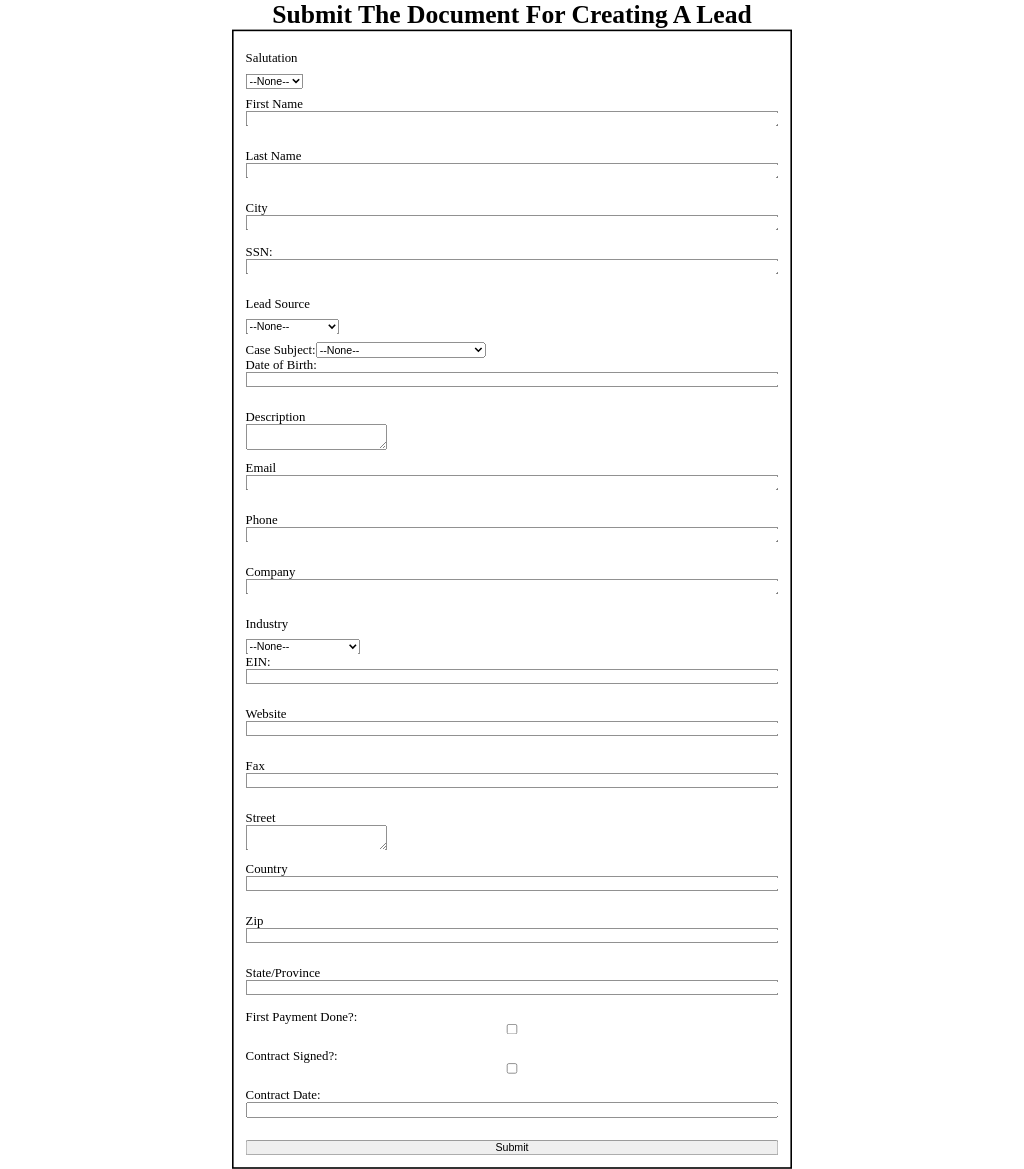
Repository: yaseminvural99/changeForce
Page: index.html
An editor plug-in stored every save of this project. The page is shown before and after the next save, followed by the edit.
The browser window is 1280 px wide. The pictures show the whole page, at 80% of full size.

Above is the page before, as saved 2024-04-26 21:57:06.

### index.html
<!DOCTYPE html>
<html lang="en">
<head>
    <meta charset="UTF-8">
    <meta name="'viewport" content="width=device-width, initial-scale=1.0">
    <title>Document</title>
    <link rel="stylesheet" href="style.css">
    <script>

    </script>
</head>
<body>
    <h1>Submit The Document For Creating A Lead</h1>

<META HTTP-EQUIV="Content-type" CONTENT="text/html; charset=UTF-8">


    <form action="https://test.salesforce.com/servlet/servlet.WebToLead?encoding=UTF-8&orgId=00DU8000000LYuv" method="POST">

    <input type=hidden name="oid" value="00DU8000000LYuv">
    <input type=hidden name="retURL" value="http://">


    <label for="salutation">Salutation</label><select  id="salutation" name="salutation"><option value="">--None--</option><option value="Mr.">Mr.</option>
    <option value="Ms.">Ms.</option>
    <option value="Mrs.">Mrs.</option>
    <option value="Dr.">Dr.</option>
    <option value="Prof.">Prof.</option>
    <option value="Mx.">Mx.</option>
    </select><br>

    <label for="first_name">First Name</label><input  id="first_name"  name="first_name" size="20" type="text" /><br>

    <label for="last_name">Last Name</label><input  id="last_name"  name="last_name" size="20" type="text" /><br>

    <label for="city">City</label><input  id="city" name="city" size="20" type="text" /><br>

    SSN:<input  id="00NU8000000K5Zp"  name="00NU8000000K5Zp" size="20" type="text" /><br>

    <label for="lead_source">Lead Source</label><select  id="lead_source" name="lead_source"><option value="">--None--</option><option value="Web">Web</option>
    <option value="Phone Inquiry">Phone Inquiry</option>
    <option value="Partner Referral">Partner Referral</option>
    <option value="Purchased List">Purchased List</option>
    <option value="Other">Other</option>
    </select><br>

    Case Subject:<select  id="00NU8000000K5Wb" name="00NU8000000K5Wb" title="Case Subject"><option value="">--None--</option><option value="Affirmative Asylum">Affirmative Asylum</option>
    <option value="AOS Through Asylum">AOS Through Asylum</option>
    <option value="AOS Through Lottery">AOS Through Lottery</option>
    <option value="AOS Through Marriage">AOS Through Marriage</option>
    <option value="Change of Status (B2-F1/J1-F1)">Change of Status (B2-F1/J1-F1)</option>
    <option value="Company Formation">Company Formation</option>
    <option value="Consular Processing (Marriage)">Consular Processing (Marriage)</option>
    <option value="Defensive Asylum (!Non-NTA)">Defensive Asylum (!Non-NTA)</option>
    <option value="Defensive Asylum (Non-NTA)">Defensive Asylum (Non-NTA)</option>
    <option value="Defensive Asylum (NTA)">Defensive Asylum (NTA)</option>
    <option value="E-2 (Change of status)">E-2 (Change of status)</option>
    <option value="E-2 visa">E-2 visa</option>
    <option value="General Immigration">General Immigration</option>
    <option value="I-130 (Marriage)">I-130 (Marriage)</option>
    <option value="I-601A Waiver">I-601A Waiver</option>
    <option value="I-730 (Asylee Relative Petition)">I-730 (Asylee Relative Petition)</option>
    <option value="I-751 (Removing Conditions)">I-751 (Removing Conditions)</option>
    <option value="I-765">I-765</option>
    <option value="J-1 2 Year Rule Waiver">J-1 2 Year Rule Waiver</option>
    <option value="K-1 visa">K-1 visa</option>
    <option value="Mandamus">Mandamus</option>
    <option value="Naturalization">Naturalization</option>
    <option value="Personal Injury">Personal Injury</option>
    <option value="Uncontested Divorce">Uncontested Divorce</option>
    <option value="U visa">U visa</option>
    <option value="VAWA">VAWA</option>
    </select><br>

    Date of Birth:<span class="dateInput dateOnlyInput"><input  id="00NU8000000K5bR" name="00NU8000000K5bR" size="12" type="text" /></span><br>

    <label for="description">Description</label><textarea name="description"></textarea><br>

    <label for="email">Email</label><input  id="email"  name="email" size="20" type="text" /><br>

    <label for="phone">Phone</label><input  id="phone" name="phone" size="20" type="text" /><br>

    <label for="company">Company</label><input  id="company" name="company" size="20" type="text" /><br>

    <label for="industry">Industry</label><select  id="industry" name="industry"><option value="">--None--</option><option value="Agriculture">Agriculture</option>
    <option value="Apparel">Apparel</option>
    <option value="Banking">Banking</option>
    <option value="Biotechnology">Biotechnology</option>
    <option value="Chemicals">Chemicals</option>
    <option value="Communications">Communications</option>
    <option value="Construction">Construction</option>
    <option value="Consulting">Consulting</option>
    <option value="Education">Education</option>
    <option value="Electronics">Electronics</option>
    <option value="Energy">Energy</option>
    <option value="Engineering">Engineering</option>
    <option value="Entertainment">Entertainment</option>
    <option value="Environmental">Environmental</option>
    <option value="Finance">Finance</option>
    <option value="Food &amp; Beverage">Food &amp; Beverage</option>
    <option value="Government">Government</option>
    <option value="Healthcare">Healthcare</option>
    <option value="Hospitality">Hospitality</option>
    <option value="Insurance">Insurance</option>
    <option value="Machinery">Machinery</option>
    <option value="Manufacturing">Manufacturing</option>
    <option value="Media">Media</option>
    <option value="Not For Profit">Not For Profit</option>
    <option value="Recreation">Recreation</option>
    <option value="Retail">Retail</option>
    <option value="Shipping">Shipping</option>
    <option value="Technology">Technology</option>
    <option value="Telecommunications">Telecommunications</option>
    <option value="Transportation">Transportation</option>
    <option value="Utilities">Utilities</option>
    <option value="Other">Other</option>
    </select><br>

    EIN:<input  id="00NU8000000K5YD"  name="00NU8000000K5YD" size="20" type="text" /><br>

    <label for="url">Website</label><input  id="url" name="url" size="20" type="text" /><br>

    <label for="fax">Fax</label><input  id="fax" name="fax" size="20" type="text" /><br>

    <label for="street">Street</label><textarea name="street"></textarea><br>

    <label for="country">Country</label><input  id="country"  name="country" size="20" type="text" /><br>

    <label for="zip">Zip</label><input  id="zip"name="zip" size="20" type="text" /><br>

    <label for="state">State/Province</label><input  id="state"  name="state" size="20" type="text" /><br>

    First Payment Done?:<input  id="00NU8000000K5d3" name="00NU8000000K5d3" type="checkbox" value="1" /><br>

    Contract Signed?:<input  id="00NU8000000K5gH" name="00NU8000000K5gH" type="checkbox" value="1" /><br>

    Contract Date:<span class="dateInput dateOnlyInput"><input  id="00NU8000000K5ef" name="00NU8000000K5ef" size="12" type="text" /></span><br>

    <input type="submit" name="submit">

    </form>
</body>
</html>

### style.css
*{
    margin: 0;
    padding: 0;
    box-sizing: border-box;
}
h1{
    text-align: center;
}
label, input{
    display: block;

}
label{
    margin-top: 10px;
}
input{
    width: 100%;
}
form{
    min-width: 500px;
    max-width: 700px;
    margin: 0 auto;
    border: 2px solid black;
    padding: 15px;
}
select{
    margin-top: 10px;

}
option{
    margin-top: 10px;


}
input[type="submit"]{
    margin-top: 10px;
    width: 40;
}

After the next save:
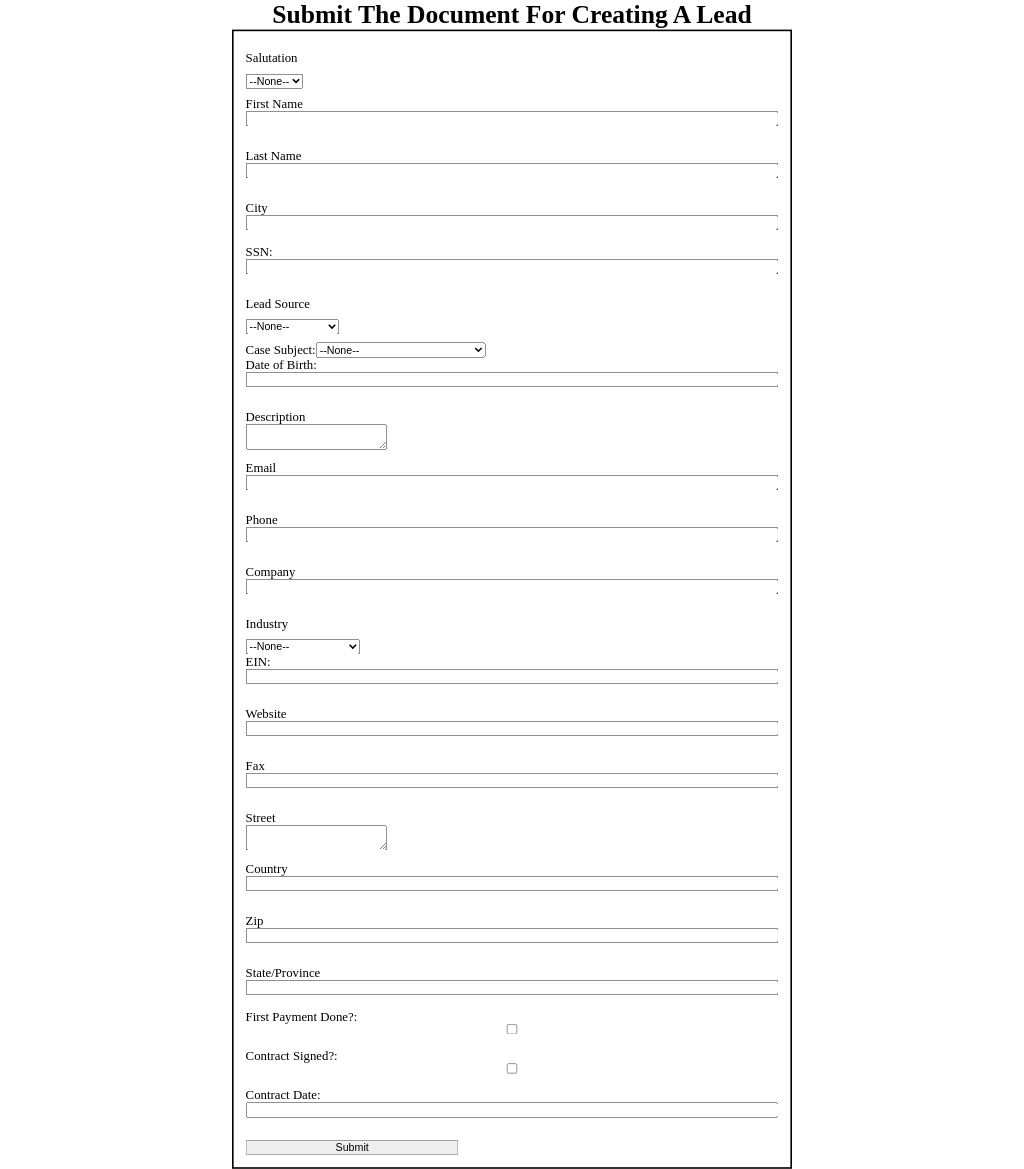
Saved 5 s later.
--- a/style.css
+++ b/style.css
@@ -34,5 +34,5 @@ option{
 }
 input[type="submit"]{
     margin-top: 10px;
-    width: 40;
+    width: 40%;
 }
